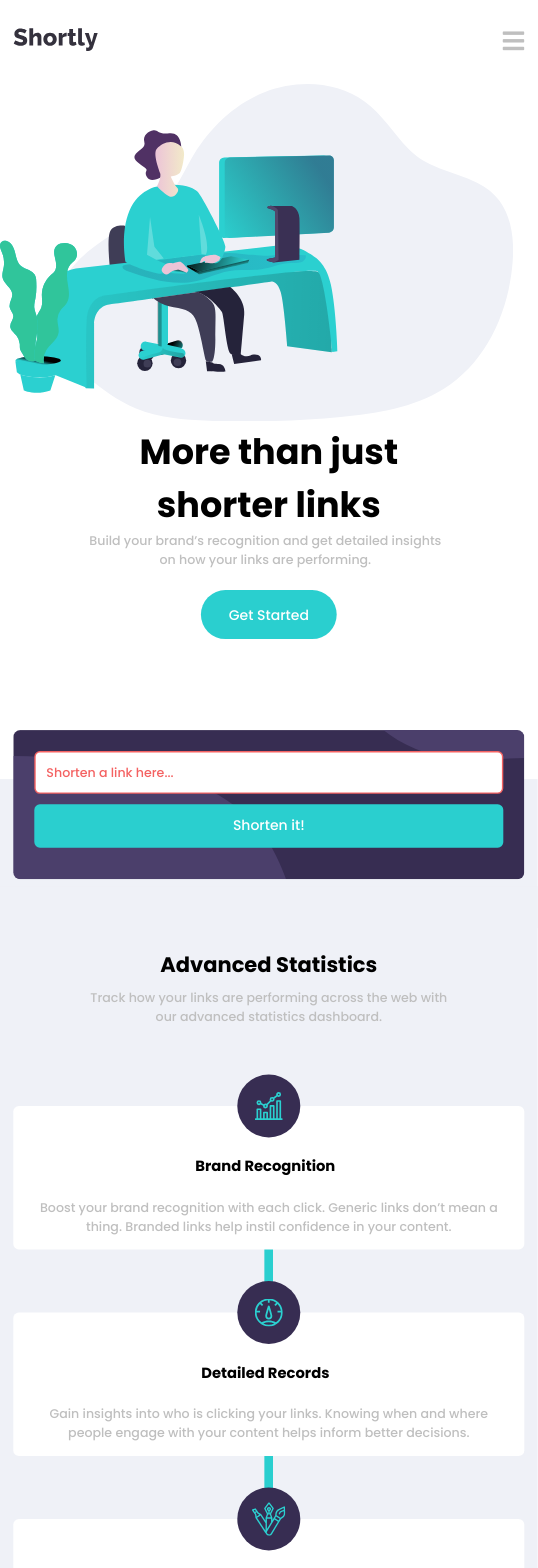
Repository: mamulini/URL-shortener
Page: index.html
These files come from the project's save history. The page is drawn as it stood at one moment and after the next save; the edit follows.
The browser window is 768 px wide. The pictures show the part of the page from y = 0 to 2240 px (the page is 3167 px tall), at 70% of full size.
Some web libraries are served in a nearby version. The style sheet was rebuilt from its Sass, Less or Tailwind sources for each picture, by a compiler version that may differ from the author's.

Above is the page before, as saved 2020-04-28 19:59:56.

### index.html
<!DOCTYPE html>
<html lang="en">
<head>
  <meta charset="UTF-8">
  <meta name="viewport" content="width=device-width, initial-scale=1.0"> <!-- displays site properly based on user's device -->

  <link rel="icon" type="image/png" sizes="32x32" href="./images/favicon-32x32.png">
  <link rel="stylesheet" href="https://cdnjs.cloudflare.com/ajax/libs/font-awesome/5.13.0/css/all.min.css">
  <link rel="stylesheet" href="./sass/main.css">

  <title>Frontend Mentor | Shortly URL shortening API Challenge</title>

  <!-- Feel free to remove these styles or customise in your own stylesheet 👍 -->

</head>
<body>
  <header class="header container">
    <a href="/" class="header__logo"><img src="./images/logo.svg" alt="logo">
    </a>
    <button class="nav__toggle" aria-label="toggle navigation">
      <span class="hamburger"><i class="fas fa-bars"></i></span>
    </button>
    <nav class="nav">
      <ul class="nav__list">
        <li class="nav__item"><a class="nav__link" href="#">Features</a></li>
        <li class="nav__item"><a class="nav__link" href="#">Pricing</a></li>
        <li class="nav__item"><a class="nav__link" href="#">Resources</a></li>
      </ul>
      <div class="user">
        <a class="user__login" href="#" >Login</a>
        <button class="user__sign-up btn--blue" type="button">Sign up</button>
      </div>
    </nav>
  </header>
  <main class="main">
    <div class="intro">
      <div class="intro__description">
        <h1 class="intro__title">More than just shorter links</h1>
        <p class="intro__subtitle">Build your brand’s recognition and get detailed insights
          on how your links are performing.</p>
        <button class="intro__btn btn--blue">Get Started</button>

      </div>
      <div class="intro__img">
        <img src="./images/illustration-working.svg" alt="image">
      </div>
    </div>
    <div class="shorten ">
      <div class="shorten__handler container">
        <form class="shorten__form">
          <input class="shorten__input" type="url" pattern="https://.*" value="" placeholder="Shorten a link here...">
          <button class="shorten__btn btn--blue" type="button">Shorten it!</button>

        </form>
        <p class="shorten__subtitle">&nbsp;
        </p>
      </div>
      <div class="shorten__links container"></div>
    </div>
    <div class="statistics ">
      <h2 class="statistics__title">Advanced Statistics</h2>
      <p class="statistics__subtitle">Track how your links are performing across the web with our
        advanced statistics dashboard.</p>
      <div class="blocks_wrapper container">
        <div class="blocks_wrapper__line">
        </div>
        <div class="block block--1">
          <div class="block__icon">
            <img src="./images/icon-brand-recognition.svg" alt="icon" >
          </div>
          <h3 class="block__title">Brand Recognition</h3>
          <p class="block__subtitle">Boost your brand recognition with each click. Generic links don’t
            mean a thing. Branded links help instil confidence in your content.</p>
        </div>
        <div class="block block--2">
          <div class="block__icon">
            <img src="./images/icon-detailed-records.svg" alt="icon" >
          </div>
          <h3 class="block__title">Detailed Records</h3>
          <p class="block__subtitle">Gain insights into who is clicking your links. Knowing when and where
            people engage with your content helps inform better decisions.</p>
        </div>
        <div class="block block--3">
          <div class="block__icon">
            <img src="./images/icon-fully-customizable.svg" alt="icon" >
          </div>
          <h3 class="block__title">Fully Customizable</h3>
          <p class="block__subtitle">Improve brand awareness and content discoverability through customizable
            links, supercharging audience engagement.</p>
        </div>

      </div>
    </div>
    <div class="link_booster">
      <h2 class="link_booster__title">Boost your links today</h2>
      <button class="link_booster__btn btn--blue">Get Started</button>
    </div>
  </main>
  <div class="footer">
    <div class="footer__wrapper container">
      <h2 class="footer__logo">Shortly</h2>
    <div class="footer__menu"><div class="footer__nav-wrapper">
      <h3 class="footer__nav-title">Features</h3>
      <ul class="footer__nav-list">
        <li class="footer__nav-item"><a class="footer__nav-link" href="#">Link Shortening</a></li>
        <li class="footer__nav-item"><a class="footer__nav-link" href="#">Branded Links</a></li>
        <li class="footer__nav-item"><a class="footer__nav-link" href="#">Analytics</a></li>
      </ul>
    </div>
    <div class="footer__nav-wrapper">
      <h3 class="footer__nav-title">Resources</h3>
      <ul class="footer__nav-list">
        <li class="footer__nav-item"><a class="footer__nav-link" href="#">Blog</a></li>
        <li class="footer__nav-item"><a class="footer__nav-link" href="#">Developers</a></li>
        <li class="footer__nav-item"><a class="footer__nav-link" href="#">Support</a></li>
      </ul>
    </div>
    <div class="footer__nav-wrapper">
      <h3 class="footer__nav-title">Company</h3>
      <ul class="footer__nav-list">
        <li class="footer__nav-item"><a class="footer__nav-link" href="#">About</a></li>
        <li class="footer__nav-item"><a class="footer__nav-link" href="#">Our Team</a></li>
        <li class="footer__nav-item"><a class="footer__nav-link" href="#">Careers</a></li>
        <li class="footer__nav-item"><a class="footer__nav-link" href="#">Contact</a></li>
      </ul>
    </div>
  </div>
    <div class="footer__icons-wrapper">
      <a href="#"><i class="fab fa-facebook-square footer__icon"></i></a>
      <a href="#"><i  class="fab fa-twitter footer__icon"></i></a>
      <a href="#"><i class="fab fa-pinterest footer__icon"></i></a>
      <a href="#"><i class="fab fa-instagram footer__icon"></i></a>
    </div>

    </div>
    <div class="attribution">
      Challenge by <a href="https://www.frontendmentor.io?ref=challenge" target="_blank">Frontend Mentor</a>.
      Coded by <a href="#">David mamulia</a>.
    </div>
  </div>
  <script src="./js/main.js"></script>
</body>
</html>

### JS/main.js
const input = document.querySelector('.shorten__input');
const shortenBtn = document.querySelector('.shorten__btn');

input.addEventListener("focus", () => {
    input.value = "https://";
});

class ShortLinks {
    constructor(url, shortUrl){
        this.url = url;
        this.shortUrl = shortUrl;
    }

    static render(obj){
        const content = `
            <div class="shorten__genarate">
                <span class="shorten__long-link">${obj.url}</span>
                <a class="shorten__short-link" href="${obj.shortUrl}" target="_blank">${obj.shortUrl}</a>
                <button class="shorten__copy btn--blue">Copy</button>
                <span class="shorten__close"><i class="fas fa-window-close"></i></i></span >
            </div>
        `;

        document.querySelector(".shorten__links").insertAdjacentHTML("afterbegin", content);
    }
}


let storedLinks = (JSON.parse(localStorage.getItem("locaLinks")));

if (storedLinks){
    storedLinks.forEach(link => {
        ShortLinks.render(link);
    });
}else{ storedLinks = []; }



shortenBtn.addEventListener("click", () => {
    async function inputHandle(){
        const res = await fetch("https://rel.ink/api/links/", {
            method:"POST",
            body: JSON.stringify( {url: `${input.value}`} ),
            headers: { 'Content-Type': 'application/json' }
        });

        if (res.status > 200 && res.status < 400){
            const data = await res.json();

            storedLinks.push(new ShortLinks(input.value, `https://rel.ink/${data.hashid}`));
            input.value = "";

            //save to localStorage
            localStorage.setItem("locaLinks", JSON.stringify(storedLinks));

            ShortLinks.render(storedLinks[storedLinks.length - 1]);
        }else{
            document.querySelector(".shorten__subtitle").innerText = 'Link is not valid';


            setTimeout(() => {
                document.querySelector(".shorten__subtitle").innerText = 'Please add a valid link';

            }, 2000);
        }
    }

    inputHandle();
});


input.addEventListener("keypress", e => {
    if (e.keyCode === 13) {
        e.preventDefault();
        shortenBtn.click();
    }
  });



document.querySelector(".shorten__links").addEventListener("click", (e) => {
    if (e.target.classList.contains("fa-window-close")){
        const delUrl = e.target.parentNode;
        storedLinks = storedLinks.filter(link => link.shortUrl == delUrl);
        //save to localStorage
        localStorage.setItem("locaLinks", JSON.stringify(storedLinks));
        //disappear from DOM
        e.target.parentNode.parentNode.remove();
    }
});

document.querySelector(".shorten").addEventListener("click", (e) => {
    if (e.target.innerText == "Copy"){
        //turn all copy buttons to "Copy" again (in case of they are not)
        const copyButtons = document.querySelectorAll(".shorten__handler div button");

        for (let i = 0; i < copyButtons.length; i++){
            console.log(copyButtons[i]);
            copyButtons[i].style.backgroundColor = "hsl(180, 66%, 49%)";
            copyButtons[i].innerText = "Copy";
        }

        e.target.style.backgroundColor = "hsl(257, 27%, 26%)";
        e.target.innerText = "Copied!";

        //copy shorten link to keyboard
        const copy = e.target.previousElementSibling.innerHTML;
        const input = document.createElement('textarea');
        document.body.appendChild(input);
        input.value = copy;
        input.select();
        document.execCommand('Copy');
        input.remove();
    }
});

### sass/main.scss
@import url('https://fonts.googleapis.com/css2?family=Poppins:wght@500;700&display=swap');

// colors
$text_gray: hsl(0, 0%, 75%);
$cyan_btn:  hsl(180, 66%, 49%);
$dark_bg : #372d52;
$dark_blue: #1e1a23;
$red : hsl(0, 87%, 67%);
$light_bg: #eff1f7;

* {
    padding: 0;
    margin: 0;
    box-sizing: border-box;
}

body{
    font-size: 18px;
    font-family: 'poppins', sans-serif;
    font-weight: 500;

}

img {
    max-width: 100%;
}

.container {
    max-width: 85%;
    margin: 0 auto;
    @media screen and (max-width: 860px) {
        max-width: 95%;
    }
}

.header {
    margin-top: 40px;
    margin-bottom: 40px;
    display: flex;
    justify-content: space-between;
    align-items: center;
    position: relative;
    &__logo{
        flex: 1;
        max-width: 150px;
    }
}

.nav{
    display: flex;
    justify-content: space-between;
    flex: 2;
    @media screen and (max-width: 768px) {
        position: fixed;
        color: $text_gray;
        top: 0;
        left: 0;
        bottom: 0;
        right: 0;
        z-index: 5;
        transform: translateX(100%);
        transition: transform 500ms cubic-bezier(.5, 0, .5, 1 );
        background: $dark_bg;
    }

    &__list{
        display: flex;
        justify-content: space-between;
        list-style: none;


    }

    &__item{
        margin-left: 15px;
    }

    &__link{
        text-decoration: none;
        color: $text_gray;
        &:hover{
            color: #000000;
        }
    }

    &__toggle {
        background: transparent;
        border: none;
        cursor: pointer;
        z-index: 10;
        position: absolute;
        right: 0;
    }


}


.hamburger {
    font-size: 35px;
    transition: transform 250ms ease-in-out;
    color: $text_gray;
}





.user{
    // flex: 1;
    // text-align: right;


    &__login{
        color: $text_gray;
        margin-right: 30px;
        text-decoration: none;
        &:hover{
            color: #000000;
        }
    }
}

.btn--blue{
    padding: 10px 25px;
    border: none;
    cursor: pointer;
    display: inline-block;
    border-radius: 50px;
    background: $cyan_btn;
    outline: none;
    color: #ffffff;
    font-family: 'poppins', sans-serif;
    font-weight: 500;

    &:hover{
        opacity: .5;
    }

    &:active{
        transform: scale(0.90);
    }
}

.intro{
    display: flex;
    justify-content: space-between;
    @media screen and (max-width: 768px){
        flex-direction: column;
    }

    &__description{
        display: flex;
        flex-direction: column;
        justify-content: center;
        align-items: flex-start;
        max-width: 500px;
        margin-left: 8%;
        @media screen and (max-width: 768px){
            max-width: 70%;
            margin: 0 auto;
        }
    }

    &__title {
        font-size: 60px;
        @media screen and (max-width: 768px){
            text-align: center;
            font-size: 50px;
        }
    }

    &__subtitle {
        text-align: left;
        color: $text_gray;
        padding-right: 10px;
        @media screen and (max-width: 768px){
            text-align: center;
        }
    }

    &__btn{
        margin-top: 40px;
        padding: 12px 40px;
        @media screen and (max-width: 768px){
            margin: 30px auto;
            // width: 60%;
            padding: 20px 40px;
            font-size: 20px;
        }
    }

    &__img{
        @media screen and (max-width: 768px){
            order: -1;
        }
    }
}

.shorten{
    background: $light_bg;
    margin-top: 170px;

    &__handler{
        background-image: url('../images/bg-shorten-desktop.svg');
        background-position: center;
        background-size: cover;
        background-color: $dark_bg;
        border-radius: 10px;
        position: relative;
        top: -70px;
        margin-bottom: -60px;
    }

    &__form{
        display: flex;
        justify-content: space-between;
        align-items: center;
        padding: 50px 60px 0 60px;
        flex-wrap: wrap;
        @media screen and (max-width: 768px) {
            flex-direction: column;
            padding: 30px 30px 0 30px;

          }
    }

    &__subtitle{
        padding:10px 60px ;
        font-size: 16px;
        color: $red;
    }

    &__input{
        flex: 1;
        padding: 15px;
        border-radius: 8px;
        margin-right: 15px;
        font-family:'poppins', sans-serif;
        border: 2px solid $red;
        outline: none;
        font-size: 18px;
         &::placeholder{
            color: $red;
        }
        @media screen and (max-width: 768px) {
            width: 100%;
            margin: 0;
        }
    }

    &__btn{
        border-radius: 8px;
        padding-top: 15px;
        padding-bottom: 17px;
        @media screen and (max-width: 768px) {
            width: 100%;
            margin-top: 15px;
            font-size: 20px;
        }
    }

    &__subtitle{
        align-self: flex-end;
        @media screen and (max-width: 768px) {
            text-align: center;
        }
    }

    &__links{
        background: $light_bg;
    }



    &__genarate{
        list-style: none;
        display: flex;
        justify-content: space-between;
        align-items: center;
        background: #ffffff;
        border-radius: 8px;
        padding: 15px;
        margin-top: 20px;
        @media screen and (max-width: 768px) {
            flex-direction: column;
        }
    }

    &__long-link{
        flex: 1;
        overflow: hidden;
    }

    &__short-link{
        padding: 15px;
        color: $cyan_btn;
    }

    &__copy{
        margin-right: 10px;
        border-radius: 8px;
        padding: 8px 15px;
        @media screen and (max-width: 768px) {
            margin: 0;
            padding: 16px 30px;
            font-size: 18px;
        }

    }

    &__close{
        cursor: pointer;
        @media screen and (max-width: 768px) {
            font-size: 30px;
            margin-top: 20px;
        }

    }
}

.statistics{
    background: $light_bg;
    text-align: center;
    padding-top: 90px;
    padding-bottom: 100px;


    &__title {
        font-size: 30px;
    }
    &__subtitle{
        max-width: 520px;
        margin: 10px auto;
        color: $text_gray;
    }
}

.blocks_wrapper {
    display: flex;
    justify-content: space-between;
    flex-wrap: wrap;
    background: $light_bg;
    margin-top: 100px;
    @media screen and (max-width: 768px) {
        flex-direction: column;
        flex-wrap: unset;
        text-align: center;
    }
}

.block{
    flex: 0 0 calc(33% - 1.5%);
    background: #ffffff;
    height: 30%;
    text-align: left;
    border-radius: 8px;
    z-index: 1;



    &--2{
        margin-top: 45px;
        @media screen and (max-width: 768px) {
            margin-top: 90px;
        }


    }
    &--3{
        margin-top: 90px;
    }
    &__icon{
        background: $dark_bg ;
        padding: 20px;
        border-radius: 100%;
        display: inline-block;
        width: 90px;
        height: 90px;
        display: flex;
        justify-content: center;
        align-items: center;
        margin-left: 30px;
        transform:translateY(-45px);
        @media screen and (max-width: 768px) {
            margin: 0 auto;
        }
    }
    &__title{
        padding:0 30px 30px 20px;
        margin-top: -20px;
        @media screen and (max-width: 768px) {
            text-align: center;
        }
    }
    &__subtitle{
        padding: 0 20px 20px;
        line-height: 1.5;
        color: $text_gray;
        @media screen and (max-width: 768px) {
            text-align: center;
        }
    }
}

.blocks_wrapper__line{
    background: $cyan_btn;
    height:  8px;
    transform:translateY(165px);
    position: relative;
    flex: 100%;
    @media screen and (max-width: 768px) {
        z-index: 0;
        height: 700px;
        transform: translateY(140px);
        top: 650px;
        width: 12px;
        border: 5px solid $cyan_btn;
        margin: 0 auto;
        justify-self: center;
        flex: none;
        margin-top: -685px;


    }

}

.link_booster{
    text-align: center;
    background: $dark_bg url('../images/bg-boost-desktop.svg') no-repeat center;
    height: 230px;

    &__title{
        color: #ffffff;
        padding-top: 50px;
        font-size: 35px;
    }
    &__btn{
        margin-top: 30px;
        font-size: 20px;
        &:hover{
            opacity: .7;
        }
    }
}


.footer{
    background: $dark_blue;

    &__wrapper{
        padding-top: 50px;
        display: flex;
        justify-content: space-between;
        @media screen and (max-width: 768px) {
            flex-direction: column;
            align-items: center;

        }


    }

    &__menu{
        display: flex;
        flex: 2;
        @media screen and (max-width: 600px) {
            flex-direction: column;
            margin-bottom: 50px;

        }
    }

    &__logo {
        color: #ffffff;
        flex: 1;
        transform: translateY(-10px);
        @media screen and (max-width: 1100px) and (min-width: 970px) {
            flex: .7;
        }
        @media screen and (max-width: 768px) {
            margin-bottom: 50px;

        }

    }

    &__nav-wrapper{
        margin-bottom: 40px;
        margin-left: 55px;
    }

    &__nav-list{
        list-style: none;

    }

    &__nav-item {
        padding-top: 10px;
    }

    &__nav-title{
        color: #ffffff;
        padding-bottom: 10px;
        font-size: 18px;

    }

    &__nav-link{
        text-decoration: none;
        color: $text_gray;
        margin-top: 30px;
        &:hover{
            color: $cyan_btn;
        }
    }

    &__icons-wrapper{
        margin-left: 50px;
        flex: 1;
        @media screen and (max-width: 1100px) and (min-width: 970px) {
            flex: .5;
        }
    }

    &__icon{
        color: #ffffff;
        padding-right: 20px;
        padding-bottom: 20px;
        font-size: 30px;

        &:hover{
            color: $cyan_btn;
        }
    }
}

.attribution { font-size: 11px; text-align: center; color: $text_gray; padding: 15px; }
.attribution a { color: hsl(228, 45%, 44%); }

After the next save:
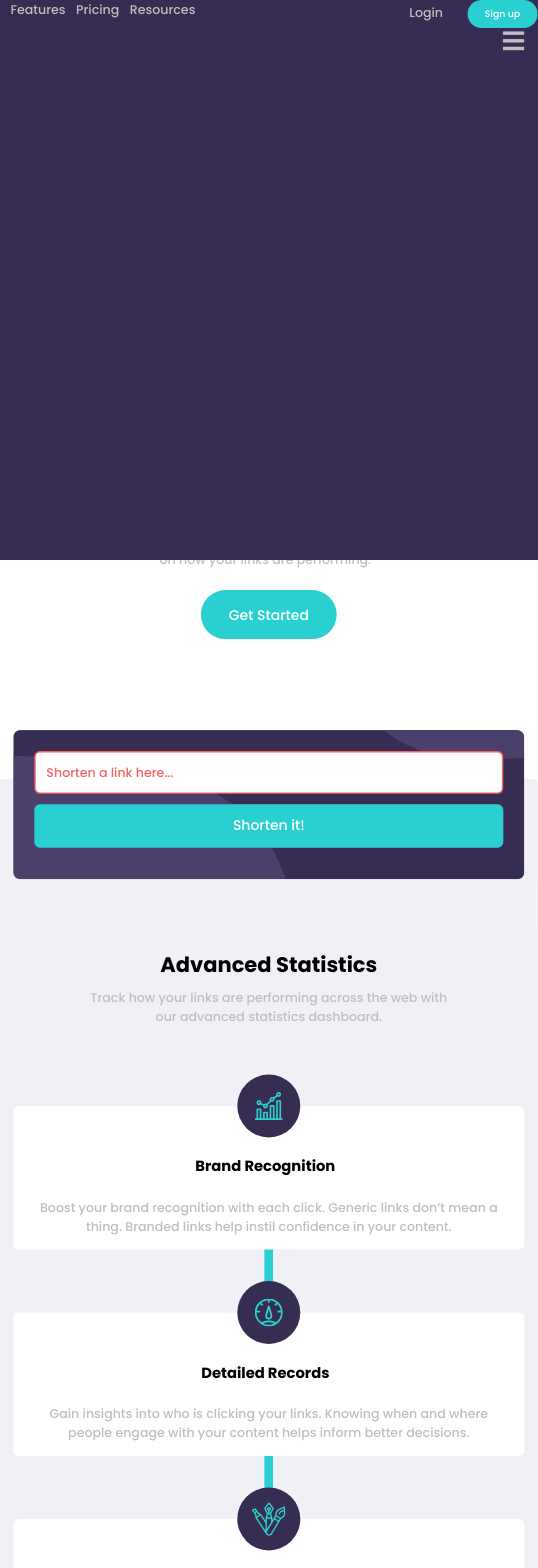
Saved 48 s later.
--- a/sass/main.scss
+++ b/sass/main.scss
@@ -58,7 +58,7 @@ img {
         bottom: 0;
         right: 0;
         z-index: 5;
-        transform: translateX(100%);
+        transform: translateX(0%);
         transition: transform 500ms cubic-bezier(.5, 0, .5, 1 );
         background: $dark_bg;
     }
